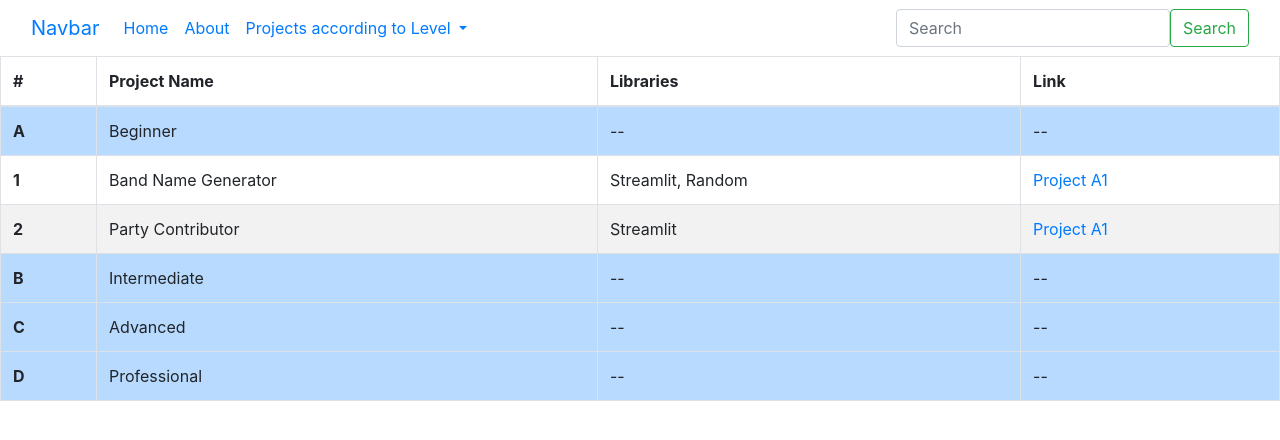
Repository: VictoriousMango/100-Python-Project
Page: index.html
These files come from the project's save history. The page is drawn as it stood at one moment and after the next save; the edit follows.
The browser window is 1280 px wide. The pictures show the whole page.

Above is the page before, as saved 2024-05-18 18:21:26.

### index.html
<!doctype html>
<html lang="en">
  <head>
    <!-- Required meta tags -->
    <meta charset="utf-8">
    <meta name="viewport" content="width=device-width, initial-scale=1, shrink-to-fit=no">

    <!-- Bootstrap CSS -->
    <link rel="stylesheet" href="https://cdn.jsdelivr.net/npm/bootstrap@4.0.0/dist/css/bootstrap.min.css" integrity="sha384-Gn5384xqQ1aoWXA+058RXPxPg6fy4IWvTNh0E263XmFcJlSAwiGgFAW/dAiS6JXm" crossorigin="anonymous">
    <!-- Bootstrap JS -->
    <script src="https://cdn.jsdelivr.net/npm/@popperjs/core@2.11.8/dist/umd/popper.min.js" integrity="sha384-I7E8VVD/ismYTF4hNIPjVp/Zjvgyol6VFvRkX/vR+Vc4jQkC+hVqc2pM8ODewa9r" crossorigin="anonymous"></script>
    <script src="https://cdn.jsdelivr.net/npm/bootstrap@5.3.3/dist/js/bootstrap.min.js" integrity="sha384-0pUGZvbkm6XF6gxjEnlmuGrJXVbNuzT9qBBavbLwCsOGabYfZo0T0to5eqruptLy" crossorigin="anonymous"></script>
    <title>100 Python Project</title>
  </head>
  <body>
    <nav class="navbar navbar-expand-lg bg-body-tertiary">
      <div class="container-fluid">
        <a class="navbar-brand" href="#">Navbar</a>
        <button class="navbar-toggler" type="button" data-bs-toggle="collapse" data-bs-target="#navbarSupportedContent" aria-controls="navbarSupportedContent" aria-expanded="false" aria-label="Toggle navigation">
          <span class="navbar-toggler-icon"></span>
        </button>
        <div class="collapse navbar-collapse" id="navbarSupportedContent">
          <ul class="navbar-nav me-auto mb-2 mb-lg-0">
            <li class="nav-item">
              <a class="nav-link active" aria-current="page" href="#">Home</a>
            </li>
            <li class="nav-item">
              <a class="nav-link" href="#">About</a>
            </li>
            <li class="nav-item dropdown">
              <a class="nav-link dropdown-toggle" href="#" role="button" data-bs-toggle="dropdown" aria-expanded="true ">
                Projects according to Level
              </a>
              <ul class="dropdown-menu">
                <li><a class="dropdown-item" href="#Beginner">Beginner</a></li>
                <li><a class="dropdown-item" href="#Intermediate">Intermediate</a></li>
                <li><a class="dropdown-item" href="#Advanced">Advanced</a></li>
                <li><a class="dropdown-item" href="#Professional">Professional</a></li>
              </ul>
            </li>
          </ul>
        </div>
          <form class="d-flex" role="search">
            <input class="form-control me-2" type="search" placeholder="Search" aria-label="Search">
            <button class="btn btn-outline-success" type="submit">Search</button>
          </form>
      </div>
    </nav>


    <!-- Tabular Entry Start -->
    <table class="table table-bordered table-striped table table-hover">
      <thead>
        <tr>
          <th scope="col">#</th>
          <th scope="col">Project Name</th>
          <th scope="col">Libraries</th>
          <th scope="col">Link</th>
        </tr>
      </thead>
      <tbody>
        <!-- Beginner Projects -->
        <div class="Beginner" id="Beginner">
          <tr class="table-primary">
            <th scope="row">A</th>
            <td>Beginner</td>
            <td> -- </td>
            <td> -- </td>
          </tr>
          <tr>
            <th scope="row">1</th>
            <td>Band Name Generator</td>
            <td> Streamlit, Random </td>
            <td>
              <a href="https://100-python-projectg-rawnndldtq3zp8qrhnm8qe.streamlit.app/Band_Name_Generator">Project A1</a>
            </td>
          </tr>
          <tr>
            <th scope="row">2</th>
            <td>Party Contributor</td>
            <td> Streamlit </td>
            <td>
              <a href="https://100-python-projectg-rawnndldtq3zp8qrhnm8qe.streamlit.app/Party_Contributor">Project A1</a>
            </td>
          </tr>
        </div>

        <!-- Intermediate Project Links -->
        <div class="Intermediate" id="Intermediate">
          <tr class="table-primary">
            <th scope="row">B</th>
            <td>Intermediate</td>
            <td> -- </td>
            <td> -- </td>
          </tr>
        </div>

        <!-- Advanced Project Links -->
        <div class="Advanced" id="Advanced">
          <tr class="table-primary">
            <th scope="row">C</th>
            <td>Advanced</td>
            <td> -- </td>
            <td> -- </td>
          </tr>
        </div>

        <!-- Professional Links -->
        <div class="Professional" id="Professional">
          <tr class="table-primary">
            <th scope="row">D</th>
            <td>Professional</td>
            <td> -- </td>
            <td> -- </td>
          </tr>
        </div>

      </tbody>
    </table>
    <!-- Tabular Entry End -->

  </body>
</html>

After the next save:
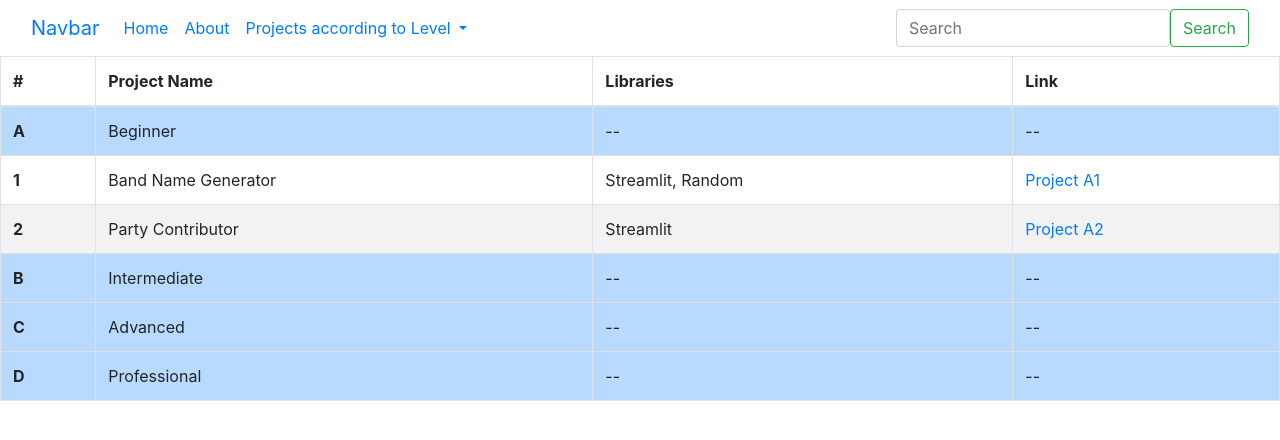
Saved 36 s later.
--- a/index.html
+++ b/index.html
@@ -80,7 +80,7 @@
             <td>Party Contributor</td>
             <td> Streamlit </td>
             <td>
-              <a href="https://100-python-projectg-rawnndldtq3zp8qrhnm8qe.streamlit.app/Party_Contributor">Project A1</a>
+              <a href="https://100-python-projectg-rawnndldtq3zp8qrhnm8qe.streamlit.app/Party_Contributor">Project A2</a>
             </td>
           </tr>
         </div>
